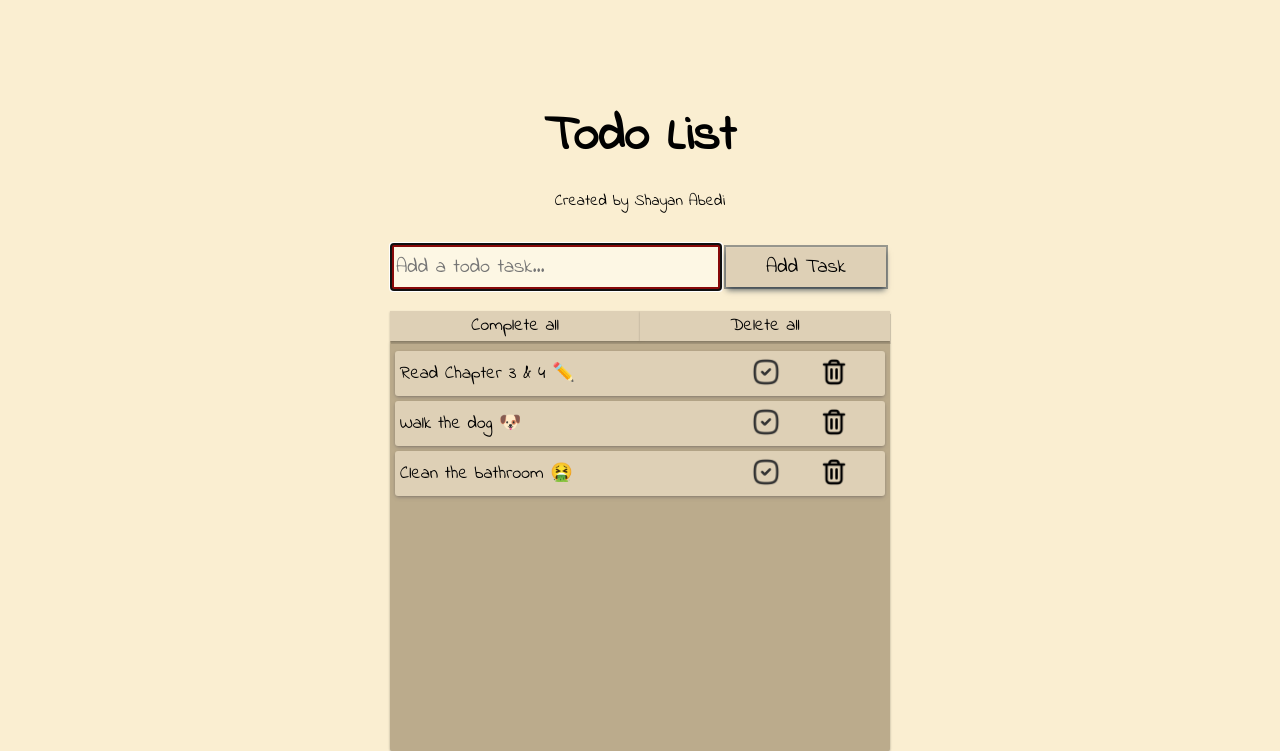
Repository: shayanabedi98/todo-list
Page: /
These files come from the project's save history. The page is drawn as it stood at one moment and after a run of saves; the edit follows.
The browser window is 1280 px wide. The pictures show the whole page.
The first visible `.create-task input` has the focus.
The project was rebuilt for these pictures with package versions that can differ from the ones it lists, and the page was loaded fresh each time. Also part of the build but not shown: vite.config.js.

Above is the page before, as saved 2023-12-30 20:23:43.

After the next 2 saves:
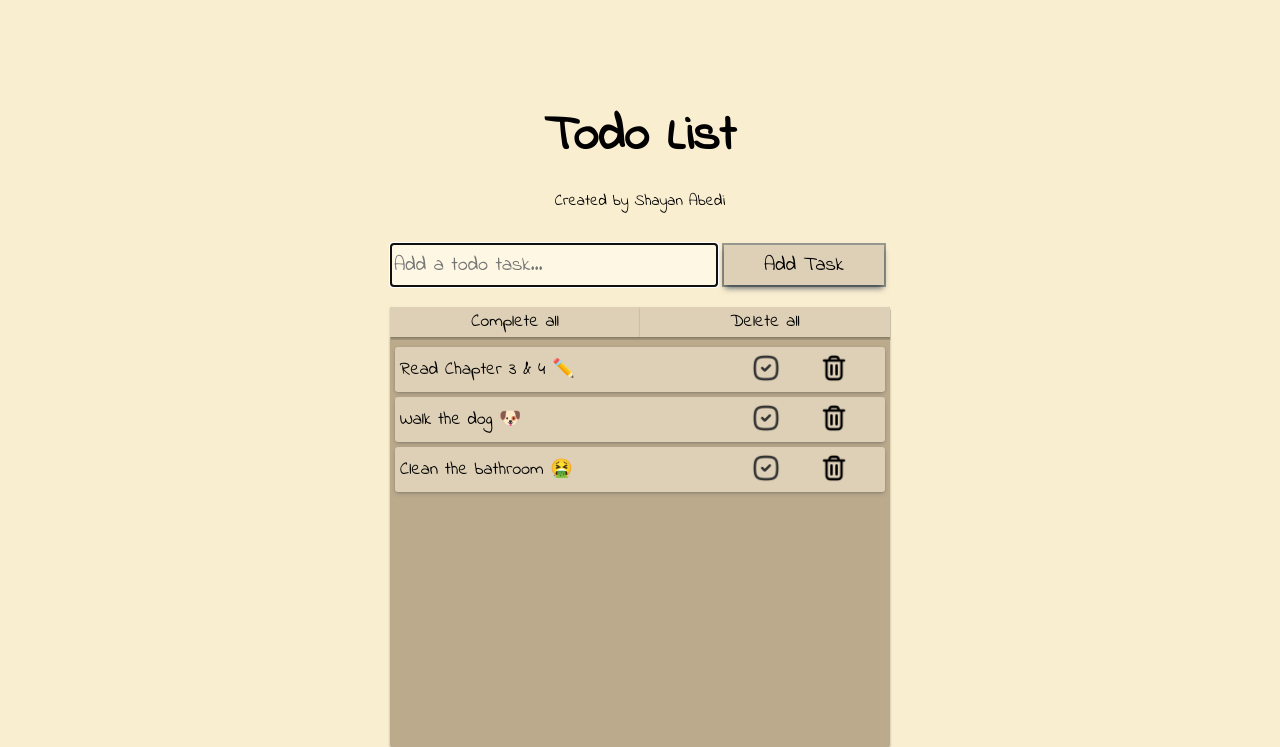
The 2 saves are shown as one change because they came seconds apart.
The last was saved 20 s later.
--- a/src/index.css
+++ b/src/index.css
@@ -28,10 +28,6 @@ h1 {
   height: 38px;
   width: 320px;
   font-family: "Indie Flower", cursive;
-}
-
-.create-task input:focus {
-  border: 4px solid rgb(136, 9, 9);
 }
 
 .create-task button {
